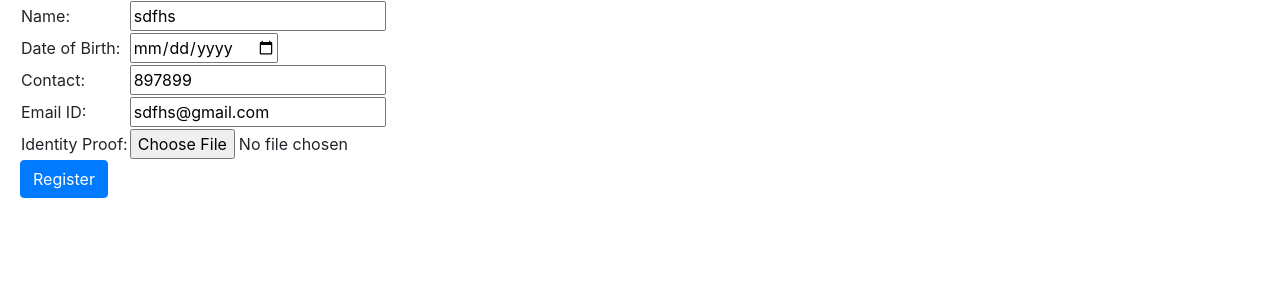
Repository: piyushrulesyou/CasinoGameApplication
Page: http://localhost/adminPanel/RegisterUser.jsp
The author's editor kept a copy of each file at every save. The page is drawn from the files as they stood at one save, then again after a run of saves.
The browser window is 1280 px wide. The pictures show the whole page.
The page is served by Tomcat 9. Nobody is signed in. The application's start-up code is not run.

Above is the page before, as saved 2019-10-31 09:35:49.
Console error: TypeError: Cannot read properties of undefined (reading 'setDefaults')

After the next 2 saves:
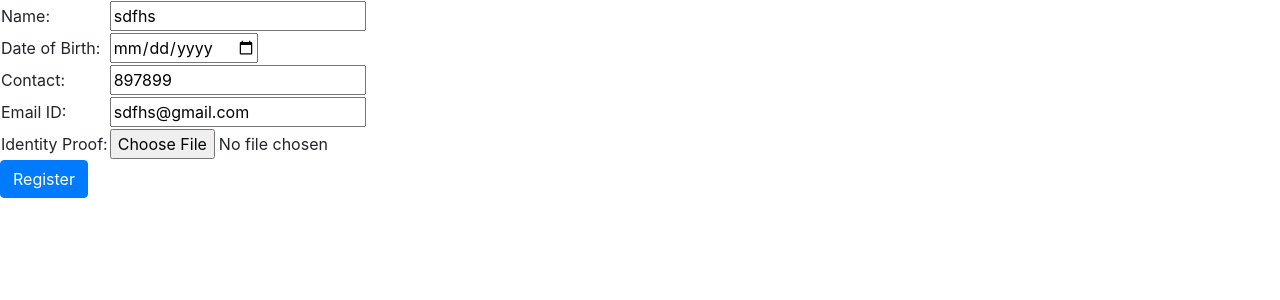
The 2 saves are shown as one change because they came seconds apart.
The last was saved 86 s later.
--- a/AdminPanel/adminPanel/src/main/webapp/RegisterUser.jsp
+++ b/AdminPanel/adminPanel/src/main/webapp/RegisterUser.jsp
@@ -35,7 +35,7 @@
 <body>
 
 	<form action="registerUser" method="post">
-		<div class="form-check mb-2 mr-sm-2">
+		<div class="form-group">
 
 			<table>
 
